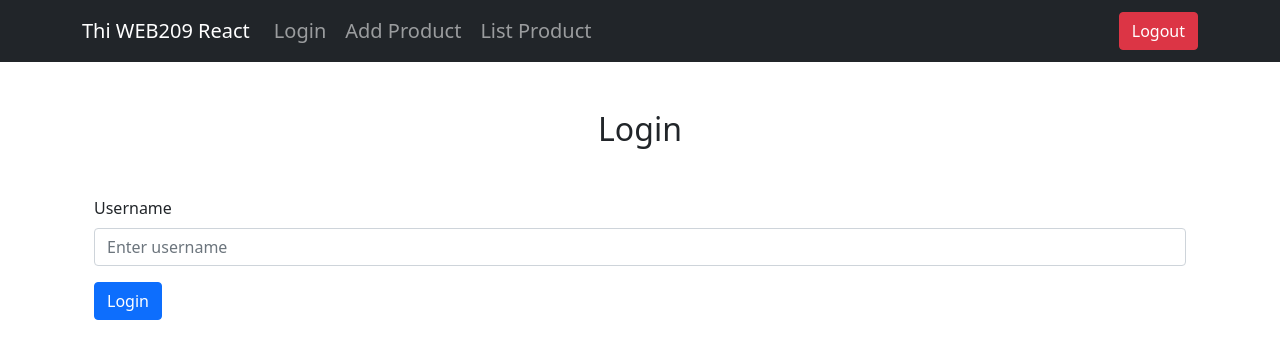
Repository: Lemon-ooo/PersonalTaskManager
Page: /login
These files come from the project's save history. The page is drawn as it stood at one moment and after the next save; the edit follows.
The browser window is 1280 px wide. The pictures show the whole page.
The project was rebuilt for these pictures with package versions that can differ from the ones it lists, and the page was loaded fresh each time. Also part of the build but not shown: vite.config.ts, src/page/TaskList.tsx, src/page/TaskAdd.tsx, src/page/TaskEdit.tsx.

Above is the page before, as saved 2025-07-26 19:03:38.

### index.html
<!DOCTYPE html>
<html lang="en">
  <head>
    <meta charset="UTF-8" />
    <link rel="icon" type="image/svg+xml" href="/vite.svg" />
    <meta name="viewport" content="width=device-width, initial-scale=1.0" />
    <title>WEB209 REACT - HOADV</title>
    <link
      href="https://cdn.jsdelivr.net/npm/bootstrap@5.0.2/dist/css/bootstrap.min.css"
      rel="stylesheet"
      integrity="sha384-EVSTQN3/azprG1Anm3QDgpJLIm9Nao0Yz1ztcQTwFspd3yD65VohhpuuCOmLASjC"
      crossorigin="anonymous"
    />
  </head>
  <body>
    <div id="root"></div>
    <script type="module" src="/src/main.tsx"></script>
  </body>
</html>

### src/App.tsx
import { Toaster } from "react-hot-toast";
import { Link, useRoutes } from "react-router-dom";
import TaskList from "./page/TaskList";
import Login from "./page/Login";
import TaskAdd from "./page/TaskAdd";
import TaskEdit from "./page/TaskEdit";

function App() {
  const routes = useRoutes([
    { path: "/", element: <TaskList /> },
    { path: "login", element: <Login /> },
    { path: "task/list", element: <TaskList /> },
    { path: "task/add", element: <TaskAdd /> },
    { path: "task/edit/:id", element: <TaskEdit /> },
  ]);
  return (
    <>
      <nav className="navbar navbar-dark bg-dark navbar-expand-lg">
        <div className="container">
          <span className="navbar-brand">Thi WEB209 React</span>
          <div className="collapse navbar-collapse" id="navbarNav">
            <ul
              className="navbar-nav me-auto mb-2 mb-lg-0"
              style={{ gap: 3, fontSize: 20 }}
            >
              <li className="nav-item">
                <Link className="nav-link" to="/login">
                  Login
                </Link>
              </li>
              <li className="nav-item">
                <Link className="nav-link" to="/task/add">
                  Add Product
                </Link>
              </li>
              <li className="nav-item">
                <Link className="nav-link" to="/task/list">
                  List Product
                </Link>
              </li>
            </ul>
          </div>
          <button className="btn btn-danger">Logout</button>
        </div>
      </nav>
      <div className="container">{routes}</div>
      <Toaster />
    </>
  );
}

export default App;

### src/page/Login.tsx
import React from "react";
import AuthForm from "../components/AuthForm";
import { useAuth } from "../hooks/useAuth";
import { User } from "../services/auth";

export default function LoginPage() {
  const { handleLogin } = useAuth();

  const onSubmit = (data: User) => {
    handleLogin(data);
  };

  return (
    <div className="mt-5">
      <h2 className="text-center">Login</h2>
      <AuthForm onSubmit={onSubmit} />
    </div>
  );
}

### src/components/AuthForm.tsx
import React from "react";
import { useForm } from "react-hook-form";
import { User } from "../services/auth";

type Props = {
  onSubmit: (data: User) => void;
};

export default function AuthForm({ onSubmit }: Props) {
  const { register, handleSubmit } = useForm<User>();

  return (
    <form onSubmit={handleSubmit(onSubmit)} className="container mt-5">
      <div className="mb-3">
        <label htmlFor="username" className="form-label">
          Username
        </label>
        <input
          type="text"
          id="username"
          className="form-control"
          placeholder="Enter username"
          {...register("username", { required: true })}
        />
      </div>

      <button type="submit" className="btn btn-primary">
        Login
      </button>
    </form>
  );
}

### src/hooks/useAuth.ts
import { User } from "../services/auth";
import toast from "react-hot-toast";
import { useNavigate } from "react-router-dom";

export function useAuth() {
  const nav = useNavigate();

  function handleLogin(user: User) {
    // Lưu vào localStorage
    localStorage.setItem("user", JSON.stringify(user));
    toast.success("Login successful");
    nav("/dashboard"); // chuyển sang dashboard
  }

  function handleLogout() {
    localStorage.removeItem("user");
    toast.success("Logged out");
    nav("/login");
  }

  function getCurrentUser(): User | null {
    const stored = localStorage.getItem("user");
    return stored ? JSON.parse(stored) : null;
  }

  return {
    handleLogin,
    handleLogout,
    getCurrentUser,
  };
}

Loaded but not shown: src/main.tsx (common file); src/index.css (no stored copy; drawn as an empty file)

After the next save:
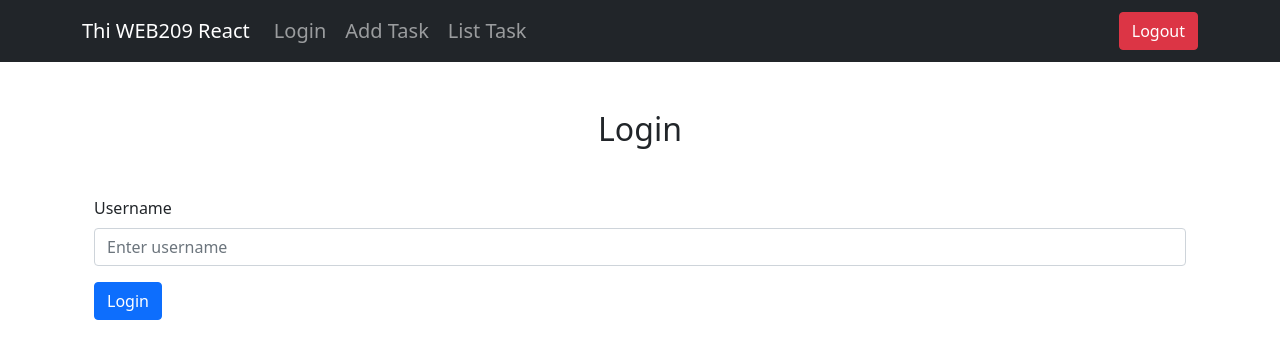
Saved 18 s later.
--- a/src/App.tsx
+++ b/src/App.tsx
@@ -30,12 +30,12 @@ function App() {
               </li>
               <li className="nav-item">
                 <Link className="nav-link" to="/task/add">
-                  Add Product
+                  Add Task
                 </Link>
               </li>
               <li className="nav-item">
                 <Link className="nav-link" to="/task/list">
-                  List Product
+                  List Task
                 </Link>
               </li>
             </ul>
